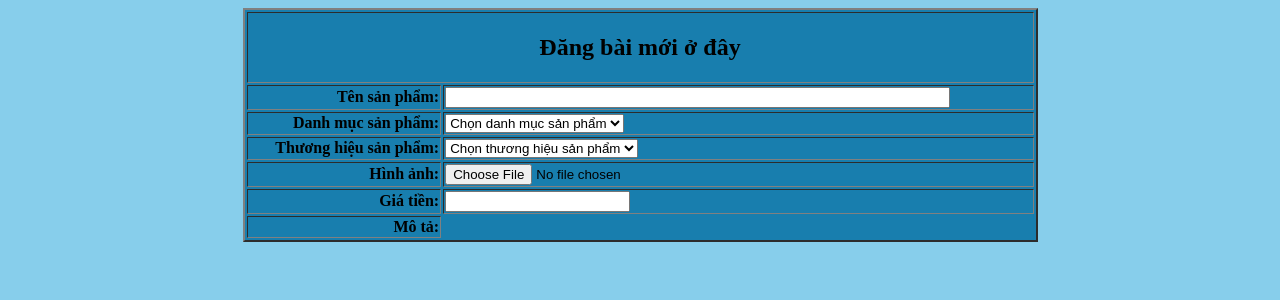
Repository: minhkhuyen1711/hpt
Page: http://localhost/website-ecommerce-php-master/admin_area/insert_product.php
These files come from the project's save history. The page is drawn as it stood at one moment and after the next save; the edit follows.
The browser window is 1280 px wide. The pictures show the whole page.
The page is run by PHP 8.4 with error messages shown; the project is at /var/www/html/. The database holds what the project's SQL file puts in it.

Above is the page before, as saved 2021-06-13 00:06:40.

### admin_area/insert_product.php

<?php
include('includes/db.php');
?>

<!DOCTYPE html>
<html lang="en">
<head>
    <meta charset="UTF-8">
    <meta http-equiv="X-UA-Compatible" content="IE=edge">
    <meta name="viewport" content="width=device-width, initial-scale=1.0">
    <title>Inserting Product</title>
</head>
<body bgcolor="skyblue">
    <form action="insert_product.php" method="post" enctype="mutipart/form-data">
        <table align="center" width="795" border="2" bgcolor="#187eae">
            <tr align="center">
                <td colspan="7"><h2>Đăng bài mới ở đây</h2></td>
            </tr>
            <tr>
                <td align="right"><b>Tên sản phẩm:</b></td>
                <td><input type="text" name="product_title" size ="60" required></td>
            </tr>
            <tr>
                <td align="right"><b>Danh mục sản phẩm:</b></td>
                <td>
                    <select name="product_cat">
                        <option>Chọn danh mục sản phẩm</option>

                        <?php
                        $get_cats = "select * from categories";

                        $run_cats = mysqli_query($con, $get_cats);

                        while($row_cats=mysqli_fetch_array($run_cats)){
                          $cat_id = $row_cats['cat_id'];

                          $cat_title = $row_cats['cat_title'];

                          echo "<option value='$cat_id'>$cat_title</option>";
                        }
                        ?>
                    </select>
                </td>
            </tr>

            <tr>
                <td align="right"><b>Thương hiệu sản phẩm:</b></td>
                <td>
                    <select name="product_cat">
                        <option>Chọn thương hiệu sản phẩm</option>

                        <?php
                        $get_brands = "select * from brands";

                        $run_brands = mysqli_query($con, $get_brands);

                        while($row_brands = mysqli_fetch_array($run_brands)){
                          $brand_id = $row_brands['brand_id'];

                          $brand_title = $row_brands['brand_title'];

                          echo "<option value='$brand_id'>$brand_title</option>";
                        }
                        ?>
                    </select>
                </td>
            </tr>

            <tr>
                <td align="right"><b>Hình ảnh:</b></td>
                <td><input type="file" name="product_image"></td>
            </tr>

            <tr>
                <td align="right"><b>Giá tiền:</b></td>
                <td><input type="text" name="product_price" required></td>
            </tr>
            <tr>
                <td align="right"><b>Mô tả:</b></td>
            </tr>
        </table>
    </form>
</body>
</html>

### admin_area/includes/db.php
 <!-- kết nối với mysql -->
<?php
    $con = mysqli_connect("localhost","root","","thuongmaidientu");

    if(mysqli_connect_error()){
        echo("failed to connect to mysql." . mysqli_connect_error());
    }else{

    }

?>

### sql/thuongmaidientu.sql (the tables this page reads)
CREATE TABLE `brands` (
  `brand_id` int(100) NOT NULL,
  `brand_title` varchar(250) COLLATE utf8mb4_unicode_ci NOT NULL
) ENGINE=InnoDB DEFAULT CHARSET=utf8mb4 COLLATE=utf8mb4_unicode_ci;

INSERT INTO `brands` (`brand_id`, `brand_title`) VALUES
(1, 'HP'),
(2, 'DELL'),
(3, 'LG'),
(5, 'Sony'),
(7, 'Lenovo'),
(8, 'Apple'),
(13, 'Asus'),
(14, 'Acer'),
(15, 'Sam Sung');

ALTER TABLE `brands`
  ADD PRIMARY KEY (`brand_id`);

ALTER TABLE `brands`
  MODIFY `brand_id` int(100) NOT NULL AUTO_INCREMENT, AUTO_INCREMENT=16;

CREATE TABLE `categories` (
  `cat_id` int(100) NOT NULL,
  `cat_title` varchar(100) COLLATE utf8mb4_unicode_ci NOT NULL
) ENGINE=InnoDB DEFAULT CHARSET=utf8mb4 COLLATE=utf8mb4_unicode_ci;

INSERT INTO `categories` (`cat_id`, `cat_title`) VALUES
(1, 'PC'),
(2, 'TV'),
(3, 'Laptop'),
(4, 'Phụ kiện'),
(5, 'Máy ảnh'),
(6, 'Điện thoại');

ALTER TABLE `categories`
  ADD PRIMARY KEY (`cat_id`);

ALTER TABLE `categories`
  MODIFY `cat_id` int(100) NOT NULL AUTO_INCREMENT, AUTO_INCREMENT=13;

After the next save:
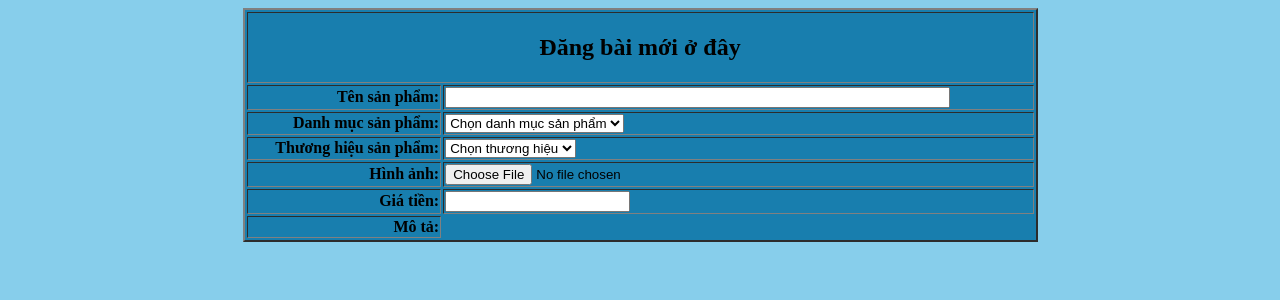
Saved 10 s later.
--- a/admin_area/insert_product.php
+++ b/admin_area/insert_product.php
@@ -48,7 +48,7 @@ include('includes/db.php');
                 <td align="right"><b>Thương hiệu sản phẩm:</b></td>
                 <td>
                     <select name="product_cat">
-                        <option>Chọn thương hiệu sản phẩm</option>
+                        <option>Chọn thương hiệu</option>
 
                         <?php
                         $get_brands = "select * from brands";
